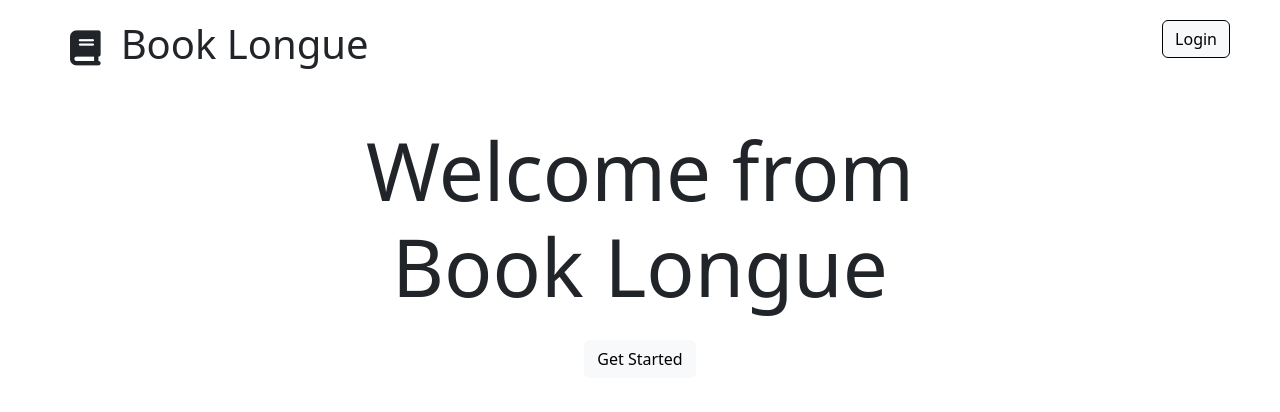
Repository: moehaymanmyint/Book-Longue-Web-System
Page: pages /GetStarted.html
The author's editor kept a copy of each file at every save. The page is drawn from the files as they stood at one save, then again after the next save.
The browser window is 1280 px wide. The pictures show the whole page.

Above is the page before, as saved 2024-12-21 20:20:35.

After the next save:
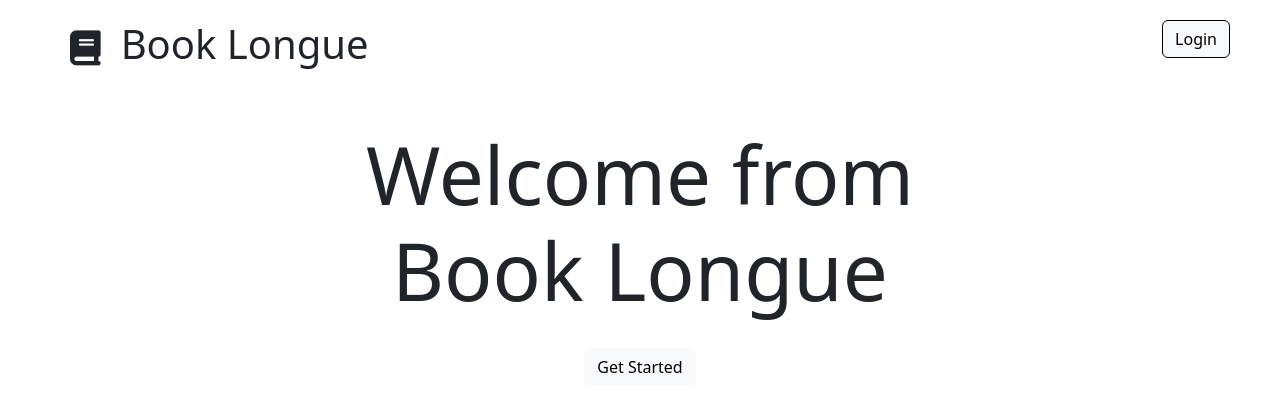
Saved 5 s later.
--- a/style/GetStarted.css
+++ b/style/GetStarted.css
@@ -26,5 +26,5 @@
 .content h1{
     font-size: 80px;
     text-align: center;
-    margin: 26px;
+    margin: 30px;
 }
